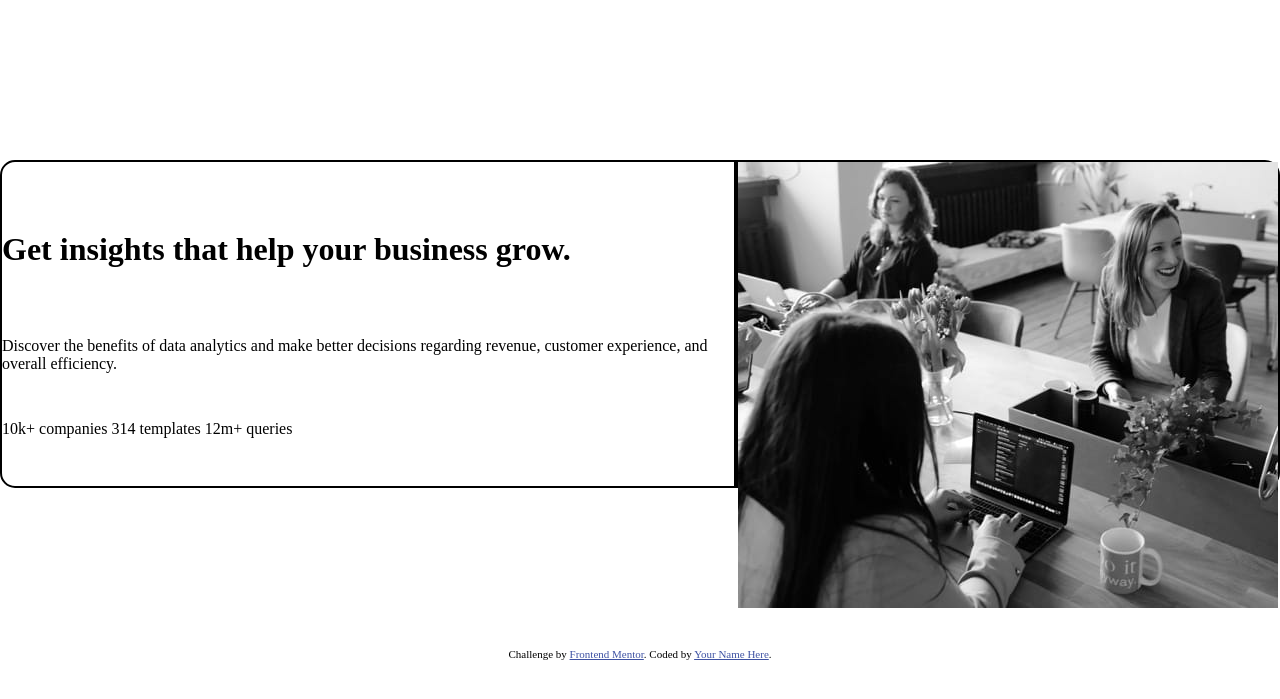
Repository: wasanmsn/Card_Challange
Page: index.html
An editor plug-in stored every save of this project. The page is shown before and after the next save, followed by the edit.
The browser window is 1280 px wide. The pictures show the whole page.

Above is the page before, as saved 2021-07-21 15:57:30.

### index.html
<!DOCTYPE html>
<html lang="en">

<head>
  <meta charset="UTF-8">
  <meta name="viewport" content="width=device-width, initial-scale=1.0">
  <!-- displays site properly based on user's device -->

  <link rel="icon" type="image/png" sizes="32x32" href="./images/favicon-32x32.png">
  <link rel="stylesheet" href="./stylesheet.css">

  <title>Frontend Mentor | Stats preview card component</title>

  <!-- Feel free to remove these styles or customise in your own stylesheet 👍 -->
  <style>
    .attribution {
      font-size: 11px;
      text-align: center;
    }

    .attribution a {
      color: hsl(228, 45%, 44%);
    }
  </style>
</head>

<body>
  <div class="container">
    <div class="column1">
      <h1>
        Get insights that help your business grow.
      </h1>
      <div>
        Discover the benefits of data analytics and make better decisions regarding revenue, customer
        experience, and overall efficiency.
      </div>
      <div>
        10k+ companies
        314 templates
        12m+ queries
      </div>
    </div>
      <div class="column2">
        <image id="img" src="./images/image-header-desktop.jpg">
    </div>
  </div>

  <div class="attribution">
    Challenge by <a href="https://www.frontendmentor.io?ref=challenge" target="_blank">Frontend Mentor</a>.
    Coded by <a href="#">Your Name Here</a>.
  </div>
</body>

</html>

### stylesheet.css
body{
    margin: 0;
    padding: 0;
}
.container{
    width: 100%;
    display: flex;
    height: 90vh;
    justify-content: center;
    align-items: center;

}
.column1{
    display: flex;
    flex-direction: column;
    justify-content: space-evenly;
    height: 50%;
    border: 2px solid black;
    border-radius: 15px 0 0 15px;
}
.column2{
    height: 50%;
    border: 2px solid black;
    border-radius: 0 15px 15px 0;
}
#img{
    z-index: 1;
}

After the next save:
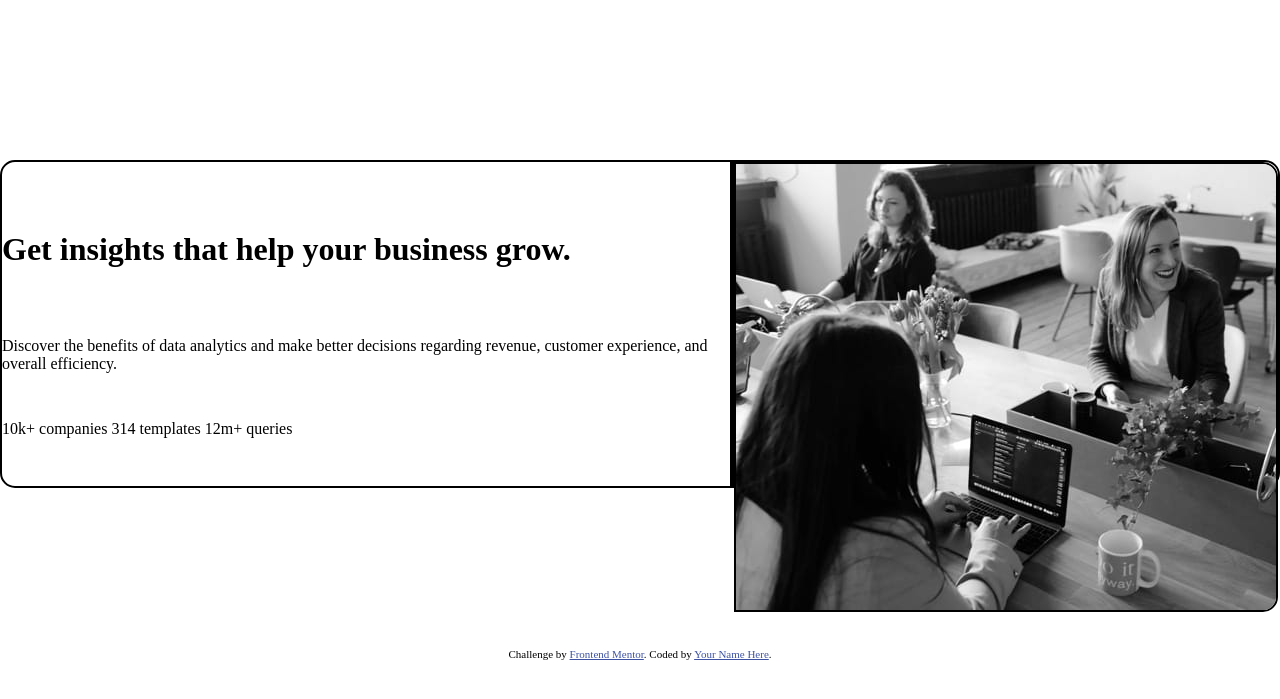
Saved 11 s later.
--- a/stylesheet.css
+++ b/stylesheet.css
@@ -24,5 +24,6 @@
     border-radius: 0 15px 15px 0;
 }
 #img{
-    z-index: 1;
+    border: 2px solid black;
+    border-radius: 0 15px 15px 0;
 }

After the save that followed:
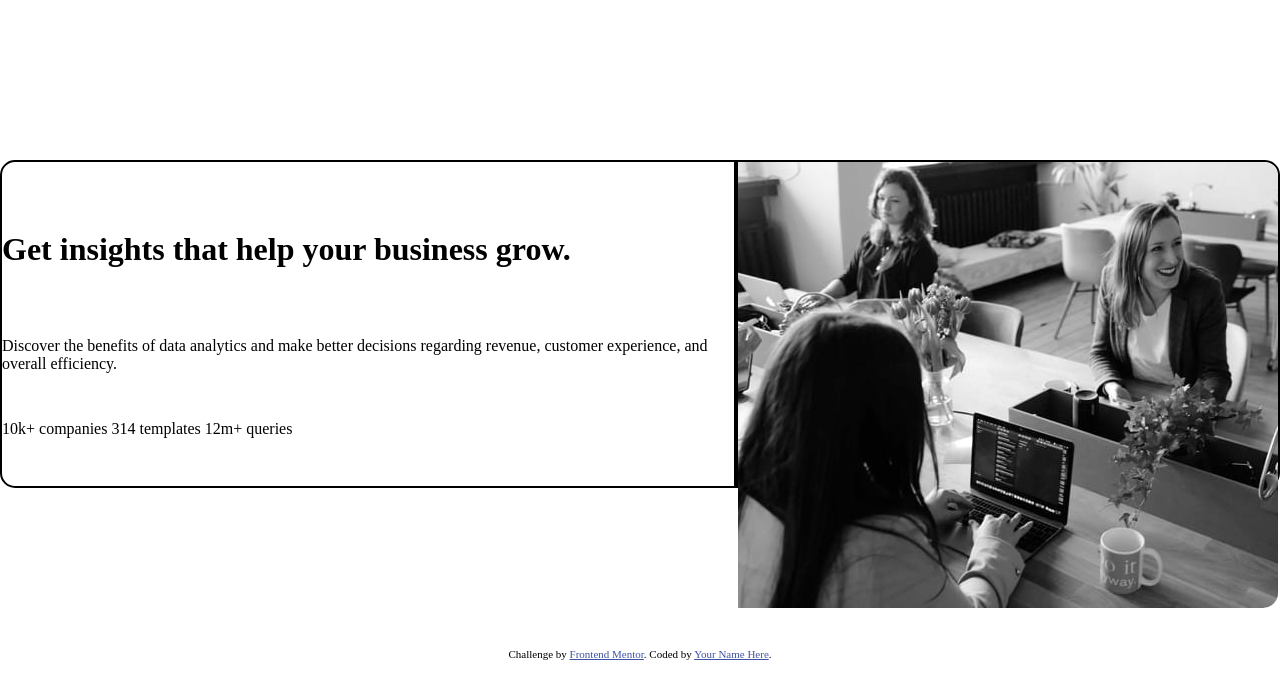
Saved 8 s later.
--- a/stylesheet.css
+++ b/stylesheet.css
@@ -24,6 +24,6 @@
     border-radius: 0 15px 15px 0;
 }
 #img{
-    border: 2px solid black;
+
     border-radius: 0 15px 15px 0;
 }
